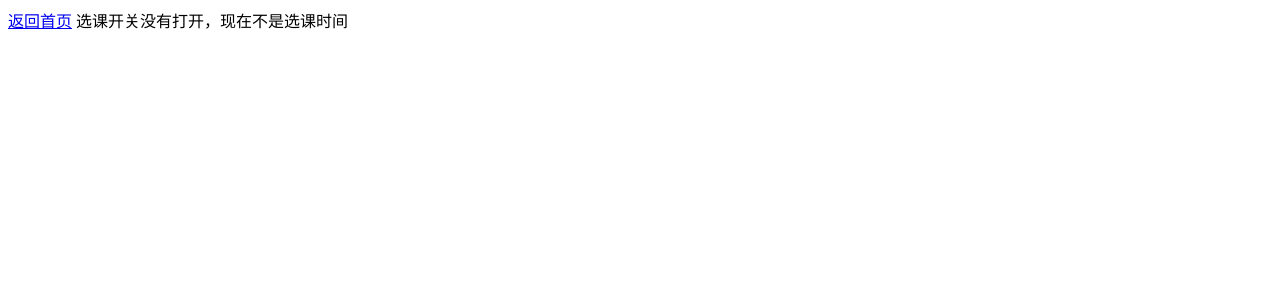
Repository: hbisheng/Academic-portal-website
Page: http://localhost/NewInfo/backup/choose.jsp
An editor plug-in stored every save of this project. The page is shown before and after the next save, followed by the edit.
The browser window is 1280 px wide. The pictures show the whole page.
The page is served by Tomcat 9. Queries for data that is not in the repository find no rows.

Above is the page before, as saved 2014-09-21 07:06:02.

After the next save:
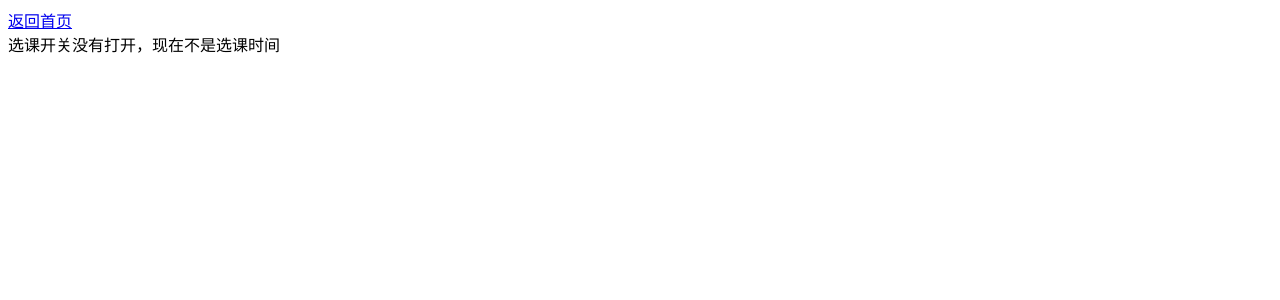
Saved 2 min 24 s later.
--- a/Java_info/NewInfo/WebContent/backup/choose.jsp
+++ b/Java_info/NewInfo/WebContent/backup/choose.jsp
@@ -13,7 +13,7 @@
 <body>
 
 
-<a href="../home.jsp">返回首页</a>
+<a href="../home.jsp">返回首页</a><br>
 <%
 	JdbcDao jdbc = new JdbcDao();
 	Status s = jdbc.getStatus();
